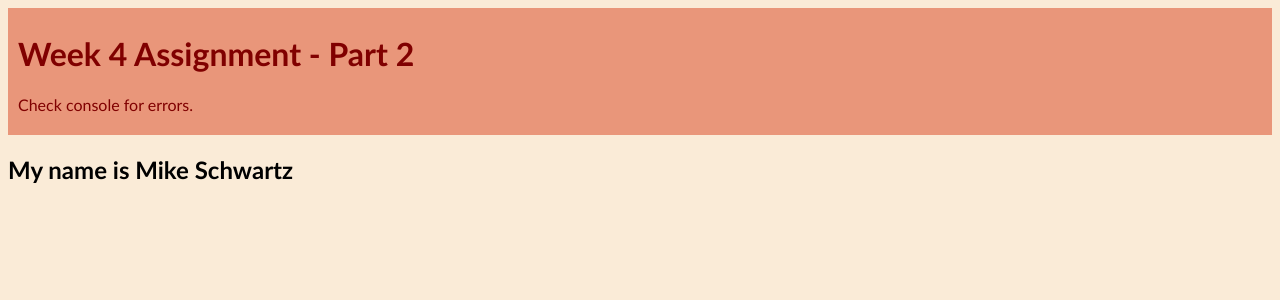
Repository: Ellusionism/prime-pw-week-4-assignment-part-2
Page: assignment/index.html
These files come from the project's save history. The page is drawn as it stood at one moment and after the next save; the edit follows.
The browser window is 1280 px wide. The pictures show the whole page.

Above is the page before, as saved 2022-11-16 17:51:28.

### assignment/index.html
<!DOCTYPE html>
<meta name="viewport" content="width=device-width">
<html lang="en-US">
  <head>
    <meta charset="utf-8">
    <title>Week 4 Assignment</title>
    <link rel="stylesheet" href="stylesheet.css">
    <!-- Create and CSS file -->
  </head>
  <body>
    <header class="homepageHeader">
      <h1>Week 4 Assignment - Part 2</h1>
      <p>Check console for errors.</p>
  </header>
  <div>
    <h2 class="info"> My name is Mike Schwartz </h2>
  </div>
  </body>
</html>

### assignment/stylesheet.css
body {
 font-family:'Trebuchet MS', 'Lucida Sans Unicode', 'Lucida Grande', 'Lucida Sans', Arial, sans-serif;
 background-color:antiquewhite;
}

.homepageHeader {
 background-color:darksalmon;
 padding: 5px 10px;
 color: maroon;
}

.info {
 background-color:
}

After the next save:
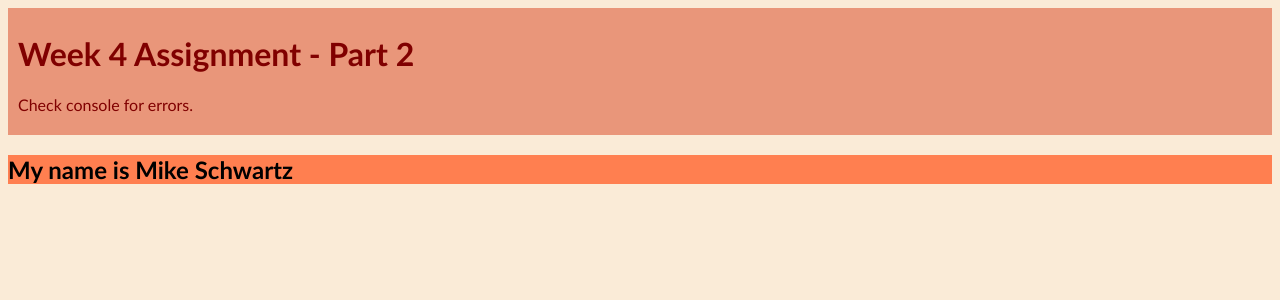
Saved 11 s later.
--- a/assignment/stylesheet.css
+++ b/assignment/stylesheet.css
@@ -10,5 +10,5 @@
 }
 
 .info {
- background-color:
+ background-color:coral
 }

After the 2 saves that followed:
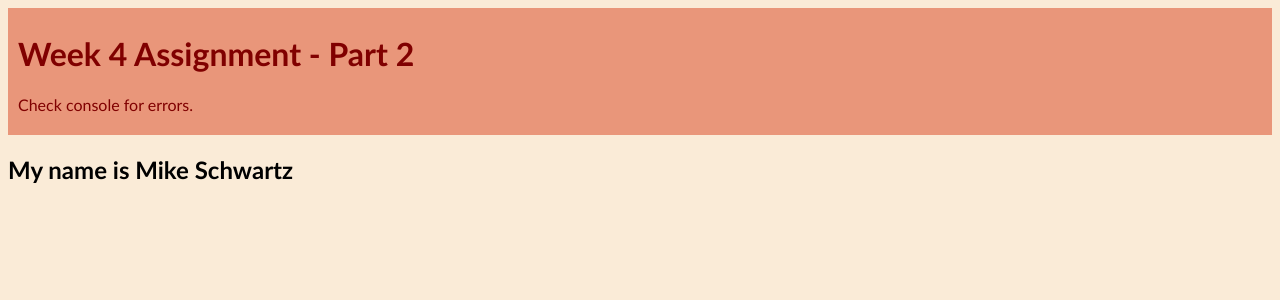
The 2 saves are shown as one change because 1 left the picture as it was.
The last was saved 15 s later.
--- a/assignment/stylesheet.css
+++ b/assignment/stylesheet.css
@@ -10,5 +10,6 @@
 }
 
 .info {
- background-color:coral
+ background-color:
+
 }
